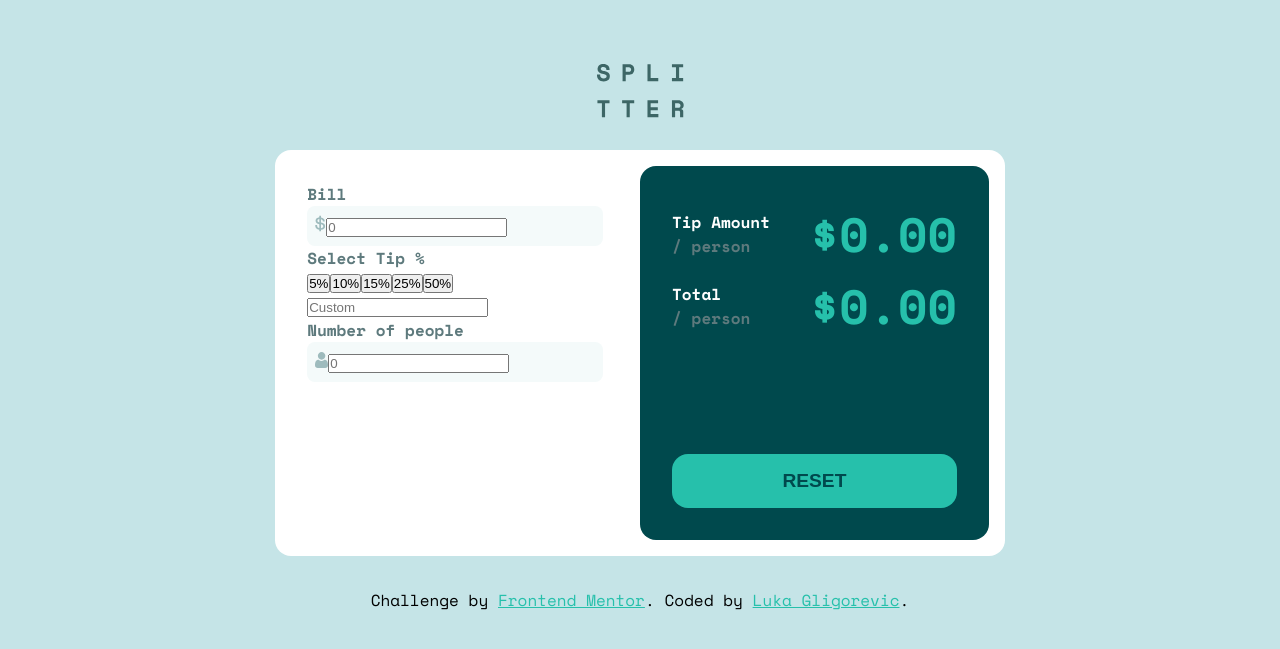
Repository: gligor99/tip-fmentor
Page: /
These files come from the project's save history. The page is drawn as it stood at one moment and after the next save; the edit follows.
The browser window is 1280 px wide. The pictures show the whole page.
The project was rebuilt for these pictures with package versions that can differ from the ones it lists, and the page was loaded fresh each time.

Above is the page before, as saved 2021-11-27 18:12:37.

After the next save:
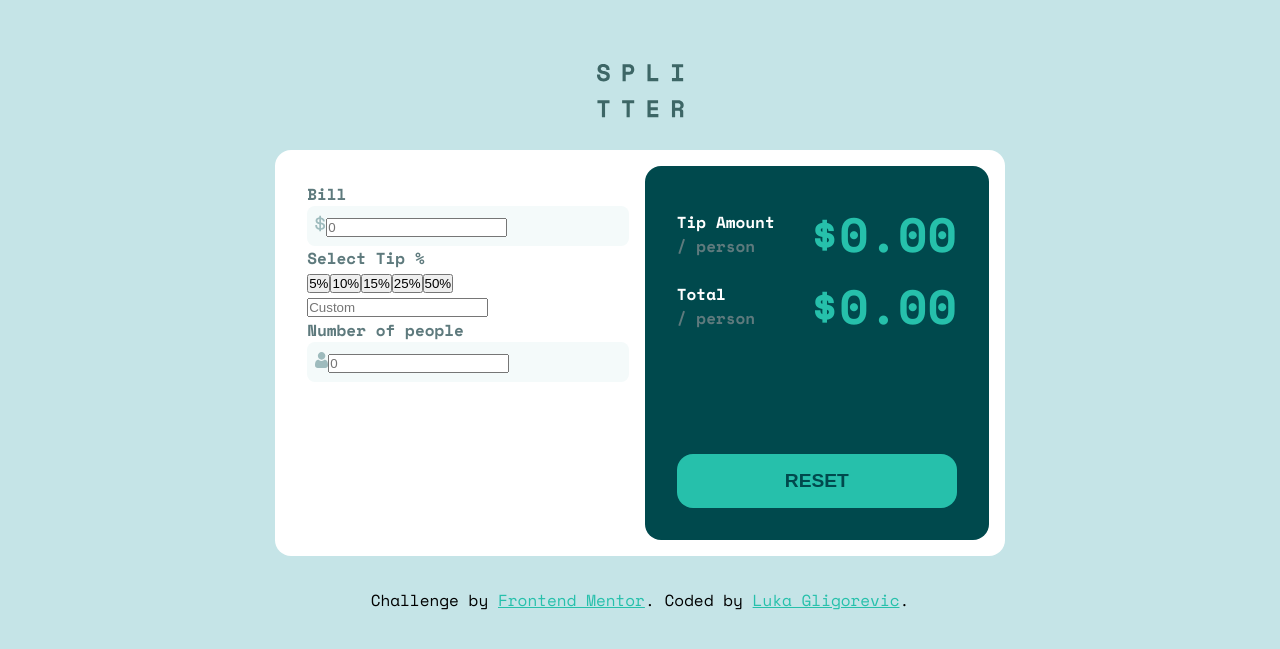
Saved 10 s later.
--- a/src/index.css
+++ b/src/index.css
@@ -59,13 +59,13 @@
 }
 .left-side {
   padding: 1rem;
-  width: 47%;
+  width: 47s%;
 }
 
 form {
   display: flex;
   flex-direction: column;
-  justify-content: space-evenly;
+  justify-content: space-between;
 }
 
 label {

After the 4 saves that followed:
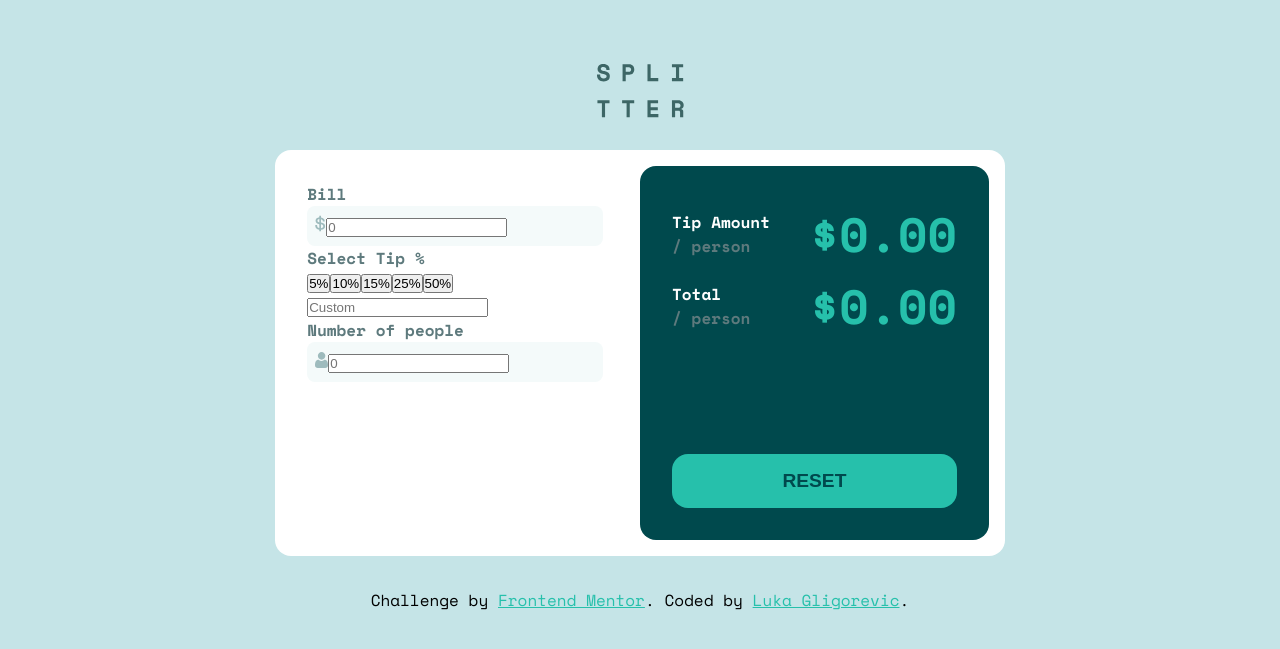
The 4 saves are shown as one change because 1 left the picture as it was and some came seconds apart.
The last was saved 22 s later.
--- a/src/index.css
+++ b/src/index.css
@@ -59,13 +59,13 @@
 }
 .left-side {
   padding: 1rem;
-  width: 47s%;
+  width: 47%;
 }
 
 form {
   display: flex;
   flex-direction: column;
-  justify-content: space-between;
+  justify-content: space-evenly;
 }
 
 label {
